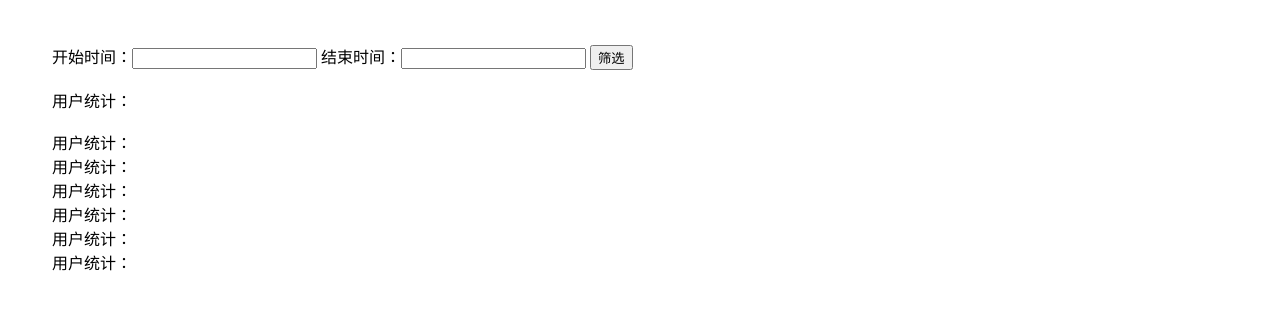
Repository: ruanhuabin/IntelliEyeShade
Page: http://localhost/IntelliEyeShade/statistics/statistics_filter.jsp
These files come from the project's save history. The page is drawn as it stood at one moment and after the next save; the edit follows.
The browser window is 1280 px wide. The pictures show the whole page.
The page is served by Tomcat 9. Nobody is signed in. The application's start-up code is not run. Other server files are loaded and not shown.

Above is the page before, as saved 2016-11-22 02:49:46.

### IntelliEyeShade/WebRoot/statistics/statistics_filter.jsp
<%@ page language="java" import="java.util.*" contentType="text/html; charset=utf-8" %>
<%@ taglib prefix="s" uri="/struts-tags"%>
<%
String path = request.getContextPath();
String basePath = request.getScheme()+"://"+request.getServerName()+":"+request.getServerPort()+path+"/";
%>
<!DOCTYPE html>
<html>
	<meta http-equiv="content-type" content="text/html;charset=UTF-8">
	<link rel="stylesheet" type="text/css" href="../css/default.css" />
<head>
<script type="text/javascript">
function check()
{
	//alert("check body");

	var startDate = document.filter.starttime.value;
	var endDate = document.filter.endtime.value;

	var t1 = new Date(startDate.replace(/\-/g, "\/"));
	var t2 = new Date(endDate.replace(/\-/g, "\/"));

	if(startDate == "" || endDate == "")
	{
		alert("请选择开始时间或者结束时间");
		return false;

	}

	 if(startDate!="" && endDate!="" && t1 >=t2)
	 {
		  alert("开始时间不能大于结束时间！");
		  return false;
	 }



	return false;
}


function getSelectFilter(sel)
{


	var typeSelect = sel.value;

	//alert(typeSelect);

	if(typeSelect == "deviceID")
	{

		//alert("You select: " + typeSelect);
		document.filter.starttime.style.display = "none";
	}

	if(typeSelect == "bindingStatus")
	{
		document.filter.starttime.style.display = "";
		document.filter.keyword.style.display="";
	}




	return false;
}
</script>

</head>



<body>


<script type="text/javascript" src="../js/Calendar3.js"></script>
<br>
<br>
<div style="width:40px; display:inline-block;">
</div>
<div style="width:600px; display:inline-block;">
<form name="filter" action="<%=path%>/statistics/Statistics_query.action" method="post">
开始时间：<input name="starttime" type="text" id="control_date" size="20"
      maxlength="10" onclick="new Calendar().show(this);" readonly="readonly" />

      <input name="keyword" size="20" type="text" style="display:none" value="abc"/>

结束时间：<input name="endtime" type="text" id="control_date" size="20"
      maxlength="10" onclick="new Calendar().show(this);" readonly="readonly" />

<input type="submit" value="筛选" onclick="return check()"/>
</form>
</div>

<br>
<br>
<div style="width:40px; display:inline-block;">
</div>

<div style="width:600px; display:inline-block;">
<label>用户统计：</label>
<br><br>

<label>用户统计：</label>
<br>
<label>用户统计：</label>
<br>
<label>用户统计：</label>
<br>
<label>用户统计：</label>
<br>
<label>用户统计：</label>
<br>
<label>用户统计：</label>
<br>
</div>




</body>
</html>

### IntelliEyeShade/WebRoot/css/default.css
/* 基本样式 */


/* 去掉图片、表单边框 */
img, form {
	margin:0;
	padding:0;
	border:0;
}

/* 超链接 */
a {
	text-decoration: none;
}
a:link, a:visited {
	color:#063685;
	text-decoration:none;
}
a:hover, a:active {
	color:#FF5500;
	text-decoration:underline;
}

/* 表格 */
table.default {
	border:1px solid #0283c5;
	border-collapse:collapse;
	margin-top:5px;
}
table.default td, table.default tr.style1 td {
	padding:2 5 2 5;
	height:26px;
	border:1px solid #ffffff;
}
table.default tr, table.default tr.style1{
	background-color:#f0f0f0;
}
table.default tr.style0{
	background-color:#dfdfdf;
}
table.default tr.title td, table.default tr.ltitle td {
	font-weight:bold;
	background:#0283c5;
	color:#ffffff;
	border:1px solid #ffffff;
	white-space:nowrap;
	height:26px;
	line-height:26px;
	vertical-align:middle;
}
table.default tr.ltitle td {
	text-align:left;
}
table.default tr.title td {
	text-align:center;
	line-height:26px;
	vertical-align:middle;
}
table.default tr.subtitle td ,table.default tr.lsubtitle td {
	font-weight:bold;
	background:#69f;
	color:#ffffff;
	border:1px solid #ffffff;
	white-space:nowrap;
	height:26px;
	line-height:26px;
	vertical-align:middle;
}
table.default tr.lsubtitle td {
	text-align:left;
}
table.default tr.subtitle td {
	text-align:center;
}

table.default tr.strong td {
	font-weight:bold;
	background:#DDD;
}

table.default tr.stronghl td {
	font-weight:bold;
	background:#FFCC99;
	text-align:center;
}

table.default tr.hl td {
	background:#ffffcc/*#FFFF99*/;
}

table.default td.item {
	font-weight:bold;
	color:#333333;
	text-align:right;
}

table.default td.text {
	line-height:150%;
}

table.default td.opt {
	background:#FFFF99;
	padding-right:10px;
}

table.explain {
	margin-top:5px;
	margin-bottom:5px;
}
table.explain td {
	font-family:宋体;
	font-size:12px;
	border:1px solid #333333;
	background:#f0f0f0;
	padding:8px;
	line-height:120%;
}

table.pages {
	border:0;
}
table.pages td {
	height:26px;
}

table.reswb {
	border:1px solid #0283c5;
	border-collapse:collapse;
	margin-top:10px;
}

table.reswb tr.title td {
	padding:2 5 2 5;
	font-weight:bold;
	background:#0283c5;
	color:#ffffff;
	border:1px solid #ffffff;
	white-space:nowrap;
	height:26px;
	line-height:26px;
	vertical-align:middle;
}

table.default tr.list{
	text-align: center;
	line-height:26px;
	vertical-align:middle;
}

/* 普通信息 */
div.info {
	padding:5px 5px 5px 2px;
	margin-top:10px;
}

/* 前台导航用 */
.tdnormal {
	border-bottom:1px solid white;
}

.tdselected {
	border:1px solid white;
	border-bottom:0;
	font-weight:bold;
}
.navtab td {
	height:30px;
	color:white;
	font-size:9pt;
	text-align:center;
}
a.navbar, a.navbar:visited, a.navbar:active {text-decoration: none;color:#FFF;}
a.navbar:hover {text-decoration: underline;color:#FFF;}


/* 错误信息 */
.errorBox {
	border:1px solid #ff0000;
	padding:5px;
	background:#FFCCCC;
}
.errorMessage {
	color:#cc0000;
}
ul {
	margin-left:30px;
	margin-top:0;
	margin-bottom:0;
}

/* 分页页码样式 */
.selectedPage {
	border:1px solid #999999;
	background:#ffffcc;
	color:#000000;
	padding:0 3px 2px 3px;
}
.noSelectedPage {
	padding:0 3px 0 3px;
}
a.page {
	font-size:12px;
	text-decoration: none;
}
a.page:link, a.page:visited {
	color:#0044DD;
	text-decoration:none;
}
a.page:hover, a.page:active {
	color:#FF5500;
	text-decoration:none;
}

/* 表单元素样式 */
.input_text {
	width:200px;
	margin-right:5px;
}
.notNull {
	color:red;
}
.notice {
	color:#20A8F0;
}

/* 后台任务链接样式 */
a.navlink {
	font-family:宋体;
	height:25px;
	font-weight:normal;
	letter-spacing:1px;
	padding:4 5 0 5;
	background:#e0e0e0;
	border:2px outset;
	FILTER: progid:DXImageTransform.Microsoft.Gradient(GradientType=0, StartColorStr=#ffffff, EndColorStr=#20A8F0);
}

a.navlink {text-decoration: none;color:#000000;}
a.navlink:visited {text-decoration: none;color:#000000;}
a.navlink:active {text-decoration: none;color:#0044DD;}
a.navlink:hover {text-decoration: none;color:#FF5500;}

/* 操作按钮 */
div.oper {
	margin:5px;
	text-align:right;
}

div.oper input {
	margin-left:5px;
	margin-right:5px;
}

/* 背景色 */
.fbg {
	background:#065FB9;
}
.bbg {
	background:#04477C;
}

/* tooltip */
/*
span.tip {
	cursor:default;
}
#tooltip {
	position: absolute;
	z-index: 3000;
	border: 1px solid #111;
	background-color: #eee;
	padding: 5px;
	opacity: 0.85;
}
#tooltip h3, #tooltip div {
	font-size:12px;
	margin: 0;
}
*/

/* 特殊高亮文本 */
span.spec {
	color:#003399;
}

/* 特殊灰色文本 */
span.gray {
	color:#666;
}

/* 黄色背景 */
.bg1 {
	background:#FFCC99;/*#FFFF99;*/
}

/* 绿色背景 */
.bg2 {
	background:#99CC99;
}

/* 文章样式 */

div.title {
	font-size:16px;
	font-weight:bold;
	background:#FFFF99;
	border-bottom:2px solid #000;
	padding:5px;
	margin-bottom:10px;
}

div.content {
	font-size:14px;
	line-height:150%;
}

div.faq-q {
	padding:5px;
	background:#DDD;
	font-weight:bold;
}

div.faq-a {
	padding:5px;
	line-height:150%;
	font-size:16px;
}

/* 问卷样式 */
.option {
	margin-right:10px;
}

.answer {
	background:#060;
	color:white;
	font-weight:bold;
	padding:2px;
}

table.stat {
	border-collapse:collapse;
}
table.stat td {
	border:0;
	padding-left:20px;
}
hr.percent {
	height:10px;
	color:#093;
	border:1px solid black;
}

td.indent {
	padding-left:10px;
}

#page_explain {
	display:none;
}

#navDiv {
	color:#333;
	padding-left:10px;
	line-height:30px;
	background:#CCFF99;
	border-bottom:1px solid #065FB9;
	height:30px;
	padding-top:6px;
}
/*--------分页样式-----------*/
.pager-top {
    overflow:hidden;
    padding:5px 10px 0;
    color:#333333;
    font-family:Tahoma,Verdana,sans-serif,simsun;
    font-size:12px;
    margin-top:10px;
    border-bottom:1px solid #D8DFEA;
}
.pager-top span {
    float:left;
    padding-bottom:6px;
}
.pagerpro {
    float:right;
    list-style-image:none;
    list-style-position:outside;
    list-style-type:none;
    margin:0;
    padding:0;
}
.pagerpro li {
    display:inline;
    float:left;
}
.pagerpro li a.chn {
    font-size:12px;
}
.pagerpro li a {
    display:block;
    font-size:11px;
    padding:3px 3px 2px;
    color:#005EAC;
    text-decoration:none;
}
.pagerpro li a.chn:hover {
    border-bottom:1px solid #005EAC;
}
.pagerpro li a:hover {
    background:#005EAC none repeat scroll 0 0;
    border-bottom:2px solid #005EAC;
    border-color:#D8DFEA #D8DFEA #005EAC;
    color:#FFFFFF;
    text-decoration:none;
}
.pagerpro li.current a, .pagerpro li.current a:hover {
    background:transparent none repeat scroll 0 0;
    border-bottom:2px solid #005EAC;
    border-color:#005EAC;
    color:#005EAC;
    font-weight:700;
    padding-left:2px;
    padding-right:2px;
}
.marquee_txt{
	font-size:12px;
	font-family:"微软雅黑";
	margin-top:5px;
	margin-left:auto;
    margin-right:auto;
    width:222px;
}

### IntelliEyeShade/WebRoot/js/Calendar3.js

/////////////////////////调用实例
//        <div>
//                <span>交易查询：</span> <span>从
//                    <input name="control_date" type="text" id="control_date" size="10"
//                        maxlength="10" onclick="new Calendar().show(this);" readonly="readonly" />
//                    <input type="button" name="button" id="button" value="button" onclick="new Calendar().show(this.form.control_date);" /></span>
//                <span>至
//                    <input name="control_date2" type="text" id="control_date2" size="10"
//                        maxlength="10" onclick="new Calendar().show(this);" readonly="readonly" />
//                    <input type="button" name="button" id="button1" value="button" onclick="new Calendar().show(this.form.control_date2);" /></span>

//        </div>


/**
 * Calendar
 * @param   beginYear           1990
 * @param   endYear             2010
 * @param   language            0(zh_cn)|1(en_us)|2(en_en)|3(zh_tw)
 * @param   patternDelimiter    "-"
 * @param   date2StringPattern  "yyyy-MM-dd"
 * @param   string2DatePattern  "ymd"
 * @version 1.0 build 2006-04-01
 * @version 1.1 build 2006-12-17
 * @author  KimSoft (jinqinghua [at] gmail.com)
 * NOTE!    you can use it free, but keep the copyright please
 * IMPORTANT:you must include this script file inner html body elment
 */
function Calendar(beginYear, endYear, language, patternDelimiter, date2StringPattern, string2DatePattern) {
	this.beginYear = beginYear || 1990;
	this.endYear   = endYear   || 2020;
	this.language  = language  || 0;
	this.patternDelimiter = patternDelimiter     || "-";
	this.date2StringPattern = date2StringPattern || Calendar.language["date2StringPattern"][this.language].replace(/\-/g, this.patternDelimiter);
	this.string2DatePattern = string2DatePattern || Calendar.language["string2DatePattern"][this.language];

	this.dateControl = null;
	this.panel  = this.getElementById("__calendarPanel");
	this.iframe = window.frames["__calendarIframe"];
	this.form   = null;

	this.date = new Date();
	this.year = this.date.getFullYear();
	this.month = this.date.getMonth();

	this.colors = {"bg_cur_day":"#00CC33","bg_over":"#EFEFEF","bg_out":"#FFCC00"}
};

Calendar.language = {
	"year"   : ["\u5e74", "", "", "\u5e74"],
	"months" : [
				["\u4e00\u6708","\u4e8c\u6708","\u4e09\u6708","\u56db\u6708","\u4e94\u6708","\u516d\u6708","\u4e03\u6708","\u516b\u6708","\u4e5d\u6708","\u5341\u6708","\u5341\u4e00\u6708","\u5341\u4e8c\u6708"],
				["JAN","FEB","MAR","APR","MAY","JUN","JUL","AUG","SEP","OCT","NOV","DEC"],
				["JAN","FEB","MAR","APR","MAY","JUN","JUL","AUG","SEP","OCT","NOV","DEC"],
				["\u4e00\u6708","\u4e8c\u6708","\u4e09\u6708","\u56db\u6708","\u4e94\u6708","\u516d\u6708","\u4e03\u6708","\u516b\u6708","\u4e5d\u6708","\u5341\u6708","\u5341\u4e00\u6708","\u5341\u4e8c\u6708"]
				],
	"weeks"  : [["\u65e5","\u4e00","\u4e8c","\u4e09","\u56db","\u4e94","\u516d"],
				["Sun","Mon","Tur","Wed","Thu","Fri","Sat"],
				["Sun","Mon","Tur","Wed","Thu","Fri","Sat"],
				["\u65e5","\u4e00","\u4e8c","\u4e09","\u56db","\u4e94","\u516d"]
		],
	"clear"  : ["\u6e05\u7a7a", "Clear", "Clear", "\u6e05\u7a7a"],
	"today"  : ["\u4eca\u5929", "Today", "Today", "\u4eca\u5929"],
	"close"  : ["\u5173\u95ed", "Close", "Close", "\u95dc\u9589"],
	"date2StringPattern" : ["yyyy-MM-dd", "yyyy-MM-dd", "yyyy-MM-dd", "yyyy-MM-dd"],
	"string2DatePattern" : ["ymd","ymd", "ymd", "ymd"]
};

Calendar.prototype.draw = function() {
	calendar = this;

	var _cs = [];
	_cs[_cs.length] = '<form id="__calendarForm" name="__calendarForm" method="post">';
	_cs[_cs.length] = '<table id="__calendarTable" width="100%" border="0" cellpadding="3" cellspacing="1" align="center">';
	_cs[_cs.length] = ' <tr>';
	_cs[_cs.length] = '  <th><input class="l" name="goPrevMonthButton" type="button" id="goPrevMonthButton" value="&lt;" \/><\/th>';
	_cs[_cs.length] = '  <th colspan="5"><select class="year" name="yearSelect" id="yearSelect"><\/select><select class="month" name="monthSelect" id="monthSelect"><\/select><\/th>';
	_cs[_cs.length] = '  <th><input class="r" name="goNextMonthButton" type="button" id="goNextMonthButton" value="&gt;" \/><\/th>';
	_cs[_cs.length] = ' <\/tr>';
	_cs[_cs.length] = ' <tr>';
	for(var i = 0; i < 7; i++) {
		_cs[_cs.length] = '<th class="theader">';
		_cs[_cs.length] = Calendar.language["weeks"][this.language][i];
		_cs[_cs.length] = '<\/th>';
	}
	_cs[_cs.length] = '<\/tr>';
	for(var i = 0; i < 6; i++){
		_cs[_cs.length] = '<tr align="center">';
		for(var j = 0; j < 7; j++) {
			switch (j) {
				case 0: _cs[_cs.length] = '<td class="sun">&nbsp;<\/td>'; break;
				case 6: _cs[_cs.length] = '<td class="sat">&nbsp;<\/td>'; break;
				default:_cs[_cs.length] = '<td class="normal">&nbsp;<\/td>'; break;
			}
		}
		_cs[_cs.length] = '<\/tr>';
	}
	_cs[_cs.length] = ' <tr>';
	_cs[_cs.length] = '  <th colspan="2"><input type="button" class="b" name="clearButton" id="clearButton" \/><\/th>';
	_cs[_cs.length] = '  <th colspan="3"><input type="button" class="b" name="selectTodayButton" id="selectTodayButton" \/><\/th>';
	_cs[_cs.length] = '  <th colspan="2"><input type="button" class="b" name="closeButton" id="closeButton" \/><\/th>';
	_cs[_cs.length] = ' <\/tr>';
	_cs[_cs.length] = '<\/table>';
	_cs[_cs.length] = '<\/form>';

	this.iframe.document.body.innerHTML = _cs.join("");
	this.form = this.iframe.document.forms["__calendarForm"];

	this.form.clearButton.value = Calendar.language["clear"][this.language];
	this.form.selectTodayButton.value = Calendar.language["today"][this.language];
	this.form.closeButton.value = Calendar.language["close"][this.language];

	this.form.goPrevMonthButton.onclick = function () {calendar.goPrevMonth(this);}
	this.form.goNextMonthButton.onclick = function () {calendar.goNextMonth(this);}
	this.form.yearSelect.onchange = function () {calendar.update(this);}
	this.form.monthSelect.onchange = function () {calendar.update(this);}

	this.form.clearButton.onclick = function () {calendar.dateControl.value = "";calendar.hide();}
	this.form.closeButton.onclick = function () {calendar.hide();}
	this.form.selectTodayButton.onclick = function () {
		var today = new Date();
		calendar.date = today;
		calendar.year = today.getFullYear();
		calendar.month = today.getMonth();
		calendar.dateControl.value = today.format(calendar.date2StringPattern);
		calendar.hide();
	}
};

Calendar.prototype.bindYear = function() {
	var ys = this.form.yearSelect;
	ys.length = 0;
	for (var i = this.beginYear; i <= this.endYear; i++){
		ys.options[ys.length] = new Option(i + Calendar.language["year"][this.language], i);
	}
};

Calendar.prototype.bindMonth = function() {
	var ms = this.form.monthSelect;
	ms.length = 0;
	for (var i = 0; i < 12; i++){
		ms.options[ms.length] = new Option(Calendar.language["months"][this.language][i], i);
	}
};

Calendar.prototype.goPrevMonth = function(e){
	if (this.year == this.beginYear && this.month == 0){return;}
	this.month--;
	if (this.month == -1) {
		this.year--;
		this.month = 11;
	}
	this.date = new Date(this.year, this.month, 1);
	this.changeSelect();
	this.bindData();
};

Calendar.prototype.goNextMonth = function(e){
	if (this.year == this.endYear && this.month == 11){return;}
	this.month++;
	if (this.month == 12) {
		this.year++;
		this.month = 0;
	}
	this.date = new Date(this.year, this.month, 1);
	this.changeSelect();
	this.bindData();
};

Calendar.prototype.changeSelect = function() {
	var ys = this.form.yearSelect;
	var ms = this.form.monthSelect;
	for (var i= 0; i < ys.length; i++){
		if (ys.options[i].value == this.date.getFullYear()){
			ys[i].selected = true;
			break;
		}
	}
	for (var i= 0; i < ms.length; i++){
		if (ms.options[i].value == this.date.getMonth()){
			ms[i].selected = true;
			break;
		}
	}
};

Calendar.prototype.update = function (e){
	this.year  = e.form.yearSelect.options[e.form.yearSelect.selectedIndex].value;
	this.month = e.form.monthSelect.options[e.form.monthSelect.selectedIndex].value;
	this.date = new Date(this.year, this.month, 1);
	this.changeSelect();
	this.bindData();
};

Calendar.prototype.bindData = function () {
	var calendar = this;
	var dateArray = this.getMonthViewDateArray(this.date.getFullYear(), this.date.getMonth());
	var tds = this.getElementsByTagName("td", this.getElementById("__calendarTable", this.iframe.document));
	for(var i = 0; i < tds.length; i++) {
  		tds[i].style.backgroundColor = calendar.colors["bg_over"];
		tds[i].onclick = null;
		tds[i].onmouseover = null;
		tds[i].onmouseout = null;
		tds[i].innerHTML = dateArray[i] || "&nbsp;";
		if (i > dateArray.length - 1) continue;
		if (dateArray[i]){
			tds[i].onclick = function () {
				if (calendar.dateControl){
					calendar.dateControl.value = new Date(calendar.date.getFullYear(),
														calendar.date.getMonth(),
														this.innerHTML).format(calendar.date2StringPattern);
				}
				calendar.hide();
			}
			tds[i].onmouseover = function () {this.style.backgroundColor = calendar.colors["bg_out"];}
			tds[i].onmouseout  = function () {this.style.backgroundColor = calendar.colors["bg_over"];}
			var today = new Date();
			if (today.getFullYear() == calendar.date.getFullYear()) {
				if (today.getMonth() == calendar.date.getMonth()) {
					if (today.getDate() == dateArray[i]) {
						tds[i].style.backgroundColor = calendar.colors["bg_cur_day"];
						tds[i].onmouseover = function () {this.style.backgroundColor = calendar.colors["bg_out"];}
						tds[i].onmouseout  = function () {this.style.backgroundColor = calendar.colors["bg_cur_day"];}
					}
				}
			}
		}//end if
	}//end for
};

Calendar.prototype.getMonthViewDateArray = function (y, m) {
	var dateArray = new Array(42);
	var dayOfFirstDate = new Date(y, m, 1).getDay();
	var dateCountOfMonth = new Date(y, m + 1, 0).getDate();
	for (var i = 0; i < dateCountOfMonth; i++) {
		dateArray[i + dayOfFirstDate] = i + 1;
	}
	return dateArray;
};

Calendar.prototype.show = function (dateControl, popuControl) {
	if (this.panel.style.visibility == "visible") {
		this.panel.style.visibility = "hidden";
	}
	if (!dateControl){
		throw new Error("arguments[0] is necessary!")
	}
	this.dateControl = dateControl;
	popuControl = popuControl || dateControl;

	this.draw();
	this.bindYear();
	this.bindMonth();
	if (dateControl.value.length > 0){
		this.date  = new Date(dateControl.value.toDate(this.patternDelimiter, this.string2DatePattern));
		this.year  = this.date.getFullYear();
		this.month = this.date.getMonth();
	}
	this.changeSelect();
	this.bindData();

	var xy = this.getAbsPoint(popuControl);
	this.panel.style.left = xy.x + "px";
	this.panel.style.top = (xy.y + dateControl.offsetHeight) + "px";
	this.panel.style.visibility = "visible";
};

Calendar.prototype.hide = function() {
	this.panel.style.visibility = "hidden";
};

Calendar.prototype.getElementById = function(id, object){
	object = object || document;
	return document.getElementById ? object.getElementById(id) : document.all(id);
};

Calendar.prototype.getElementsByTagName = function(tagName, object){
	object = object || document;
	return document.getElementsByTagName ? object.getElementsByTagName(tagName) : document.all.tags(tagName);
};

Calendar.prototype.getAbsPoint = function (e){
	var x = e.offsetLeft;
	var y = e.offsetTop;
	while(e = e.offsetParent){
		x += e.offsetLeft;
		y += e.offsetTop;
	}
	return {"x": x, "y": y};
};

/**
 * @param   d the delimiter
 * @param   p the pattern of your date
 * @author  meizz
 * @author  kimsoft add w+ pattern
 */
Date.prototype.format = function(style) {
	var o = {
		"M+" : this.getMonth() + 1, //month
		"d+" : this.getDate(),      //day
		"h+" : this.getHours(),     //hour
		"m+" : this.getMinutes(),   //minute
		"s+" : this.getSeconds(),   //second
		"w+" : "\u65e5\u4e00\u4e8c\u4e09\u56db\u4e94\u516d".charAt(this.getDay()),   //week
		"q+" : Math.floor((this.getMonth() + 3) / 3),  //quarter
		"S"  : this.getMilliseconds() //millisecond
	}
	if (/(y+)/.test(style)) {
		style = style.replace(RegExp.$1, (this.getFullYear() + "").substr(4 - RegExp.$1.length));
	}
	for(var k in o){
		if (new RegExp("("+ k +")").test(style)){
			style = style.replace(RegExp.$1, RegExp.$1.length == 1 ? o[k] : ("00" + o[k]).substr(("" + o[k]).length));
		}
	}
	return style;
};

/**
 * @param d the delimiter
 * @param p the pattern of your date
 * @rebuilder kimsoft
 * @version build 2006.12.15
 */
String.prototype.toDate = function(delimiter, pattern) {
	delimiter = delimiter || "-";
	pattern = pattern || "ymd";
	var a = this.split(delimiter);
	var y = parseInt(a[pattern.indexOf("y")], 10);
	//remember to change this next century ;)
	if(y.toString().length <= 2) y += 2000;
	if(isNaN(y)) y = new Date().getFullYear();
	var m = parseInt(a[pattern.indexOf("m")], 10) - 1;
	var d = parseInt(a[pattern.indexOf("d")], 10);
	if(isNaN(d)) d = 1;
	return new Date(y, m, d);
};

document.writeln('<div id="__calendarPanel" style="position:absolute;visibility:hidden;z-index:9999;background-color:#FFFFFF;border:1px solid #666666;width:200px;height:216px;">');
document.writeln('<iframe name="__calendarIframe" id="__calendarIframe" width="100%" height="100%" scrolling="no" frameborder="0" style="margin:0px;"><\/iframe>');
var __ci = window.frames['__calendarIframe'];
__ci.document.writeln('<!DOCTYPE html PUBLIC "-\/\/W3C\/\/DTD XHTML 1.0 Transitional\/\/EN" "http:\/\/www.w3.org\/TR\/xhtml1\/DTD\/xhtml1-transitional.dtd">');
__ci.document.writeln('<html xmlns="http:\/\/www.w3.org\/1999\/xhtml">');
__ci.document.writeln('<head>');
__ci.document.writeln('<meta http-equiv="Content-Type" content="text\/html; charset=utf-8" \/>');
__ci.document.writeln('<title>Web Calendar(UTF-8) Written By KimSoft<\/title>');
__ci.document.writeln('<style type="text\/css">');
__ci.document.writeln('<!--');
__ci.document.writeln('body {font-size:12px;margin:0px;text-align:center;}');
__ci.document.writeln('form {margin:0px;}');
__ci.document.writeln('select {font-size:12px;background-color:#EFEFEF;}');
__ci.document.writeln('table {border:0px solid #CCCCCC;background-color:#FFFFFF}');
__ci.document.writeln('th {font-size:12px;font-weight:normal;background-color:#FFFFFF;}');
__ci.document.writeln('th.theader {font-weight:normal;background-color:#666666;color:#FFFFFF;width:24px;}');
__ci.document.writeln('select.year {width:64px;}');
__ci.document.writeln('select.month {width:60px;}');
__ci.document.writeln('td {font-size:12px;text-align:center;}');
__ci.document.writeln('td.sat {color:#0000FF;background-color:#EFEFEF;}');
__ci.document.writeln('td.sun {color:#FF0000;background-color:#EFEFEF;}');
__ci.document.writeln('td.normal {background-color:#EFEFEF;}');
__ci.document.writeln('input.l {border: 1px solid #CCCCCC;background-color:#EFEFEF;width:20px;height:20px;}');
__ci.document.writeln('input.r {border: 1px solid #CCCCCC;background-color:#EFEFEF;width:20px;height:20px;}');
__ci.document.writeln('input.b {border: 1px solid #CCCCCC;background-color:#EFEFEF;width:100%;height:20px;}');
__ci.document.writeln('-->');
__ci.document.writeln('<\/style>');
__ci.document.writeln('<\/head>');
__ci.document.writeln('<body>');
__ci.document.writeln('<\/body>');
__ci.document.writeln('<\/html>');
__ci.document.close();
document.writeln('<\/div>');
var calendar = new Calendar();
//-->

After the next save:
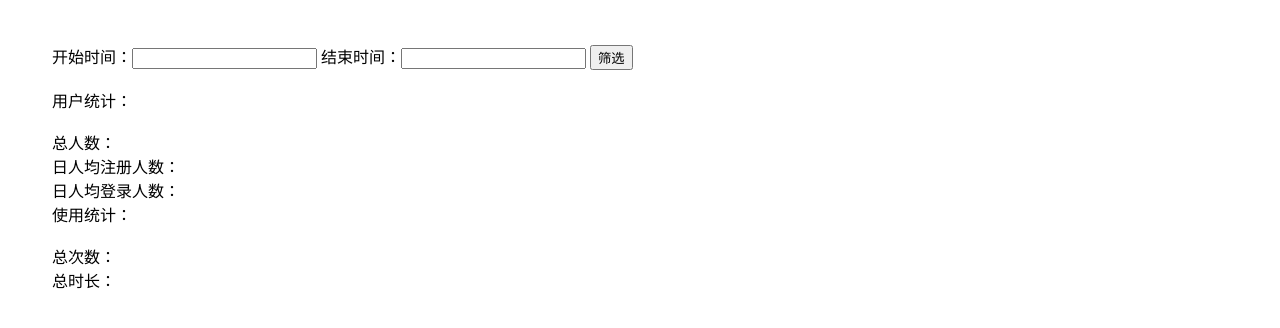
Saved 74 s later.
--- a/IntelliEyeShade/WebRoot/statistics/statistics_filter.jsp
+++ b/IntelliEyeShade/WebRoot/statistics/statistics_filter.jsp
@@ -102,17 +102,18 @@ function getSelectFilter(sel)
 <label>用户统计：</label>
 <br><br>
 
-<label>用户统计：</label>
+<label>总人数：</label>
 <br>
-<label>用户统计：</label>
+<label>日人均注册人数：</label>
 <br>
-<label>用户统计：</label>
+<label>日人均登录人数：</label>
 <br>
-<label>用户统计：</label>
+<label>使用统计：</label>
 <br>
-<label>用户统计：</label>
 <br>
-<label>用户统计：</label>
+<label>总次数：</label>
+<br>
+<label>总时长：</label>
 <br>
 </div>
 
